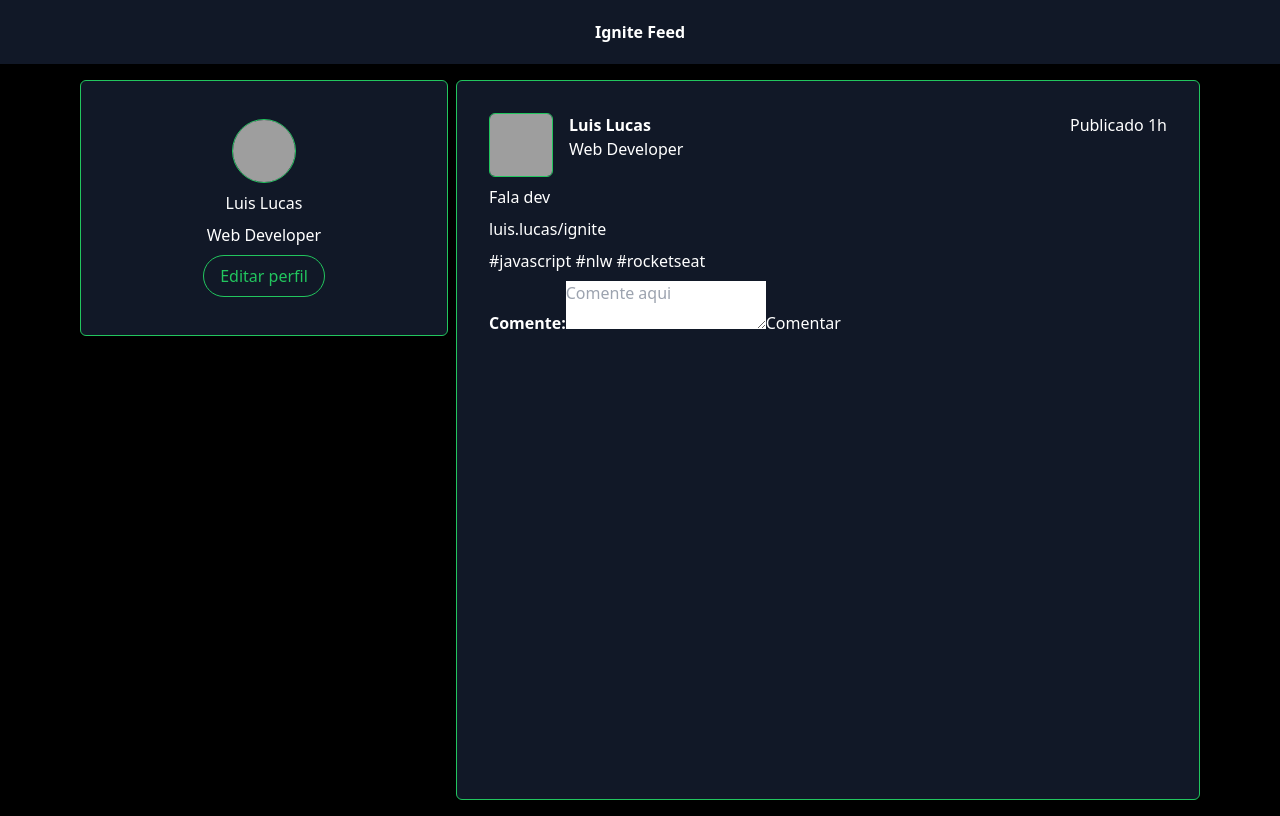
Repository: LuisSempre/ignite-feed
Page: /
The author's editor kept a copy of each file at every save. The page is drawn from the files as they stood at one save, then again after the next save.
The browser window is 1280 px wide. The pictures show the whole page.
Pictures or frames that could not be fetched are drawn as grey boxes. The project was rebuilt for these pictures with package versions that can differ from the ones it lists, and the page was loaded fresh each time. Also part of the build but not shown: vite.config.js.

Above is the page before, as saved 2022-07-13 23:24:27.

After the next save:
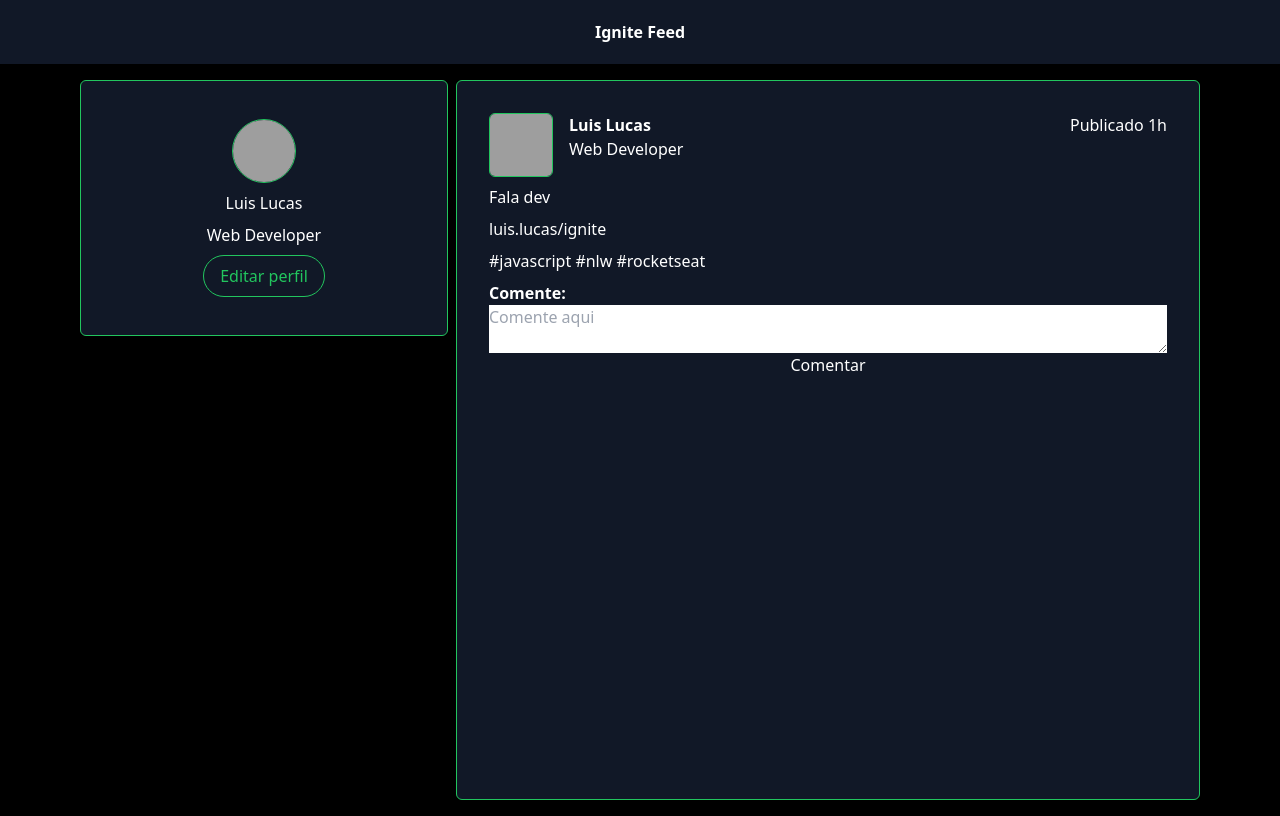
Saved 17 s later.
--- a/src/Components/Post.jsx
+++ b/src/Components/Post.jsx
@@ -23,7 +23,7 @@ export function Post() {
         <p>#javascript #nlw #rocketseat</p>
       </div>
 
-      <form>
+      <form className="flex flex-col">
         <strong>Comente:</strong>
         <textarea
             placeholder="Comente aqui"
